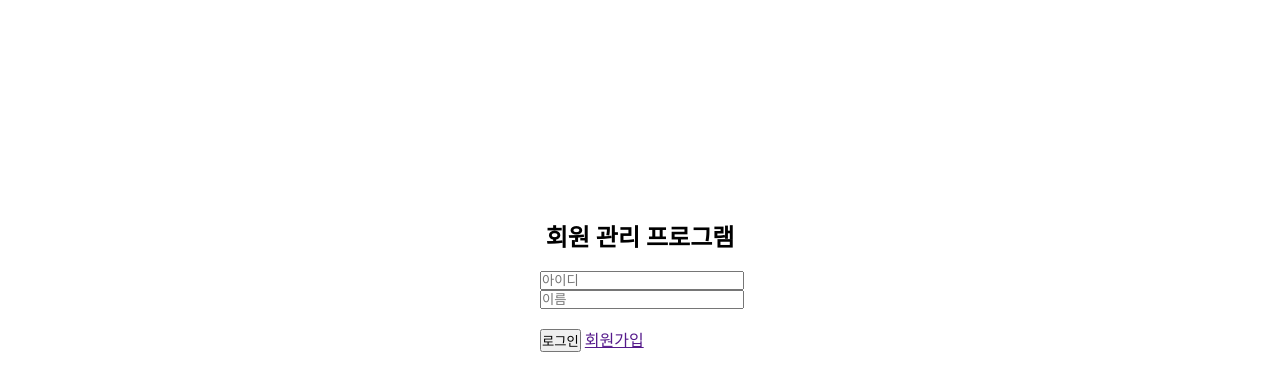
Repository: soeun1365/ServerProgram1
Page: http://localhost/ServerProgram1/login.jsp
The author's editor kept a copy of each file at every save. The page is drawn from the files as they stood at one save, then again after the next save.
The browser window is 1280 px wide. The pictures show the whole page.
The page is served by Tomcat 9.

Above is the page before, as saved 2021-06-14 06:30:55.

After the next save:
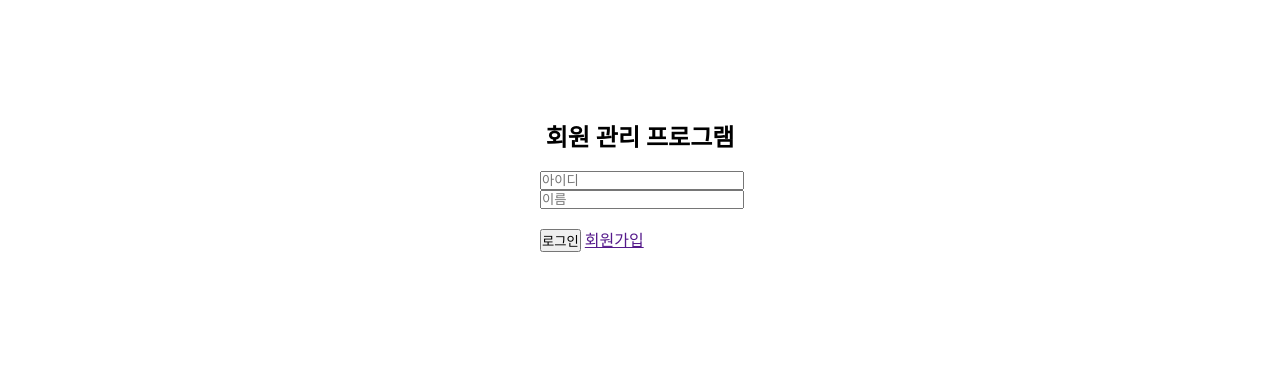
Saved 8 s later.
--- a/ServerProgram1/WebContent/login.jsp
+++ b/ServerProgram1/WebContent/login.jsp
@@ -11,7 +11,7 @@
 			margin: 0 auto;
 		}
 		h2{
-			margin-top: 200px;
+			margin-top: 100px;
 			text-align: center;
 		}
 		form, input{
